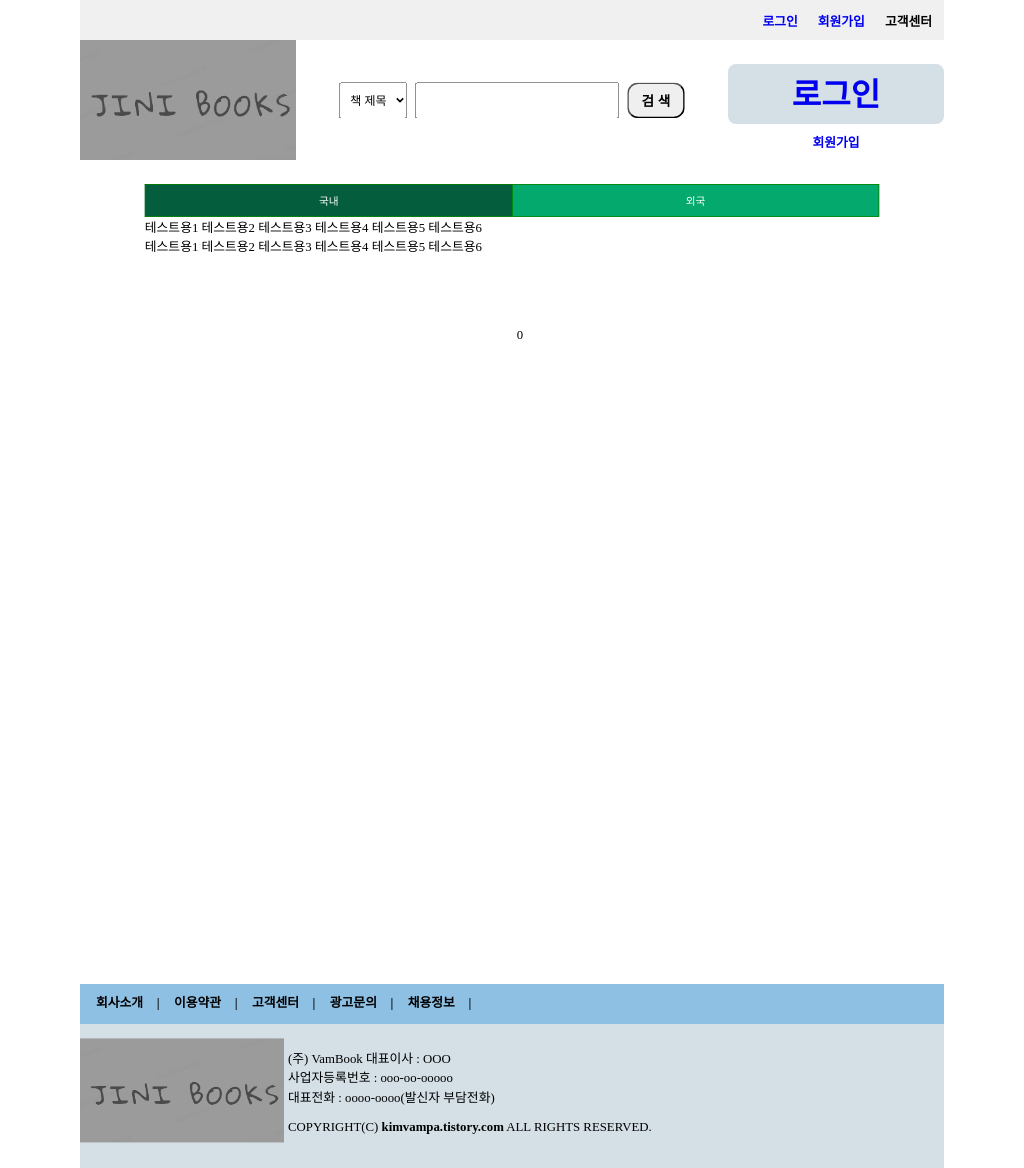
Repository: leechanjin7/ShoppingMall
Page: http://localhost/ShoppingMall/WEB-INF/views/search.jsp
The author's editor kept a copy of each file at every save. The page is drawn from the files as they stood at one save, then again after the next save.
The browser window is 1280 px wide. The pictures show the whole page, at 80% of full size.
The page is served by Tomcat 9. Nobody is signed in. Other server files are loaded and not shown. The template is opened directly, without the code that normally fills it, so the values that code supplies are empty.

Above is the page before, as saved 2023-09-12 02:26:44.

### workspace/ShoppingMall/src/main/webapp/WEB-INF/views/search.jsp
<%@ page language="java" contentType="text/html; charset=UTF-8"
	pageEncoding="UTF-8"%>
<%@ taglib uri="http://java.sun.com/jsp/jstl/core" prefix="c"%>
<%@ taglib prefix="fmt" uri="http://java.sun.com/jsp/jstl/fmt"%>
<!DOCTYPE html>
<html>
<head>
<meta charset="UTF-8">
<title>Welcome BookMall</title>
<link rel="stylesheet" href="resources/css/search.css">
<script src="https://code.jquery.com/jquery-3.4.1.js"
	integrity="sha256-WpOohJOqMqqyKL9FccASB9O0KwACQJpFTUBLTYOVvVU="
	crossorigin="anonymous"></script>
</head>
<body>

	<div class="wrapper">
		<div class="wrap">
			<div class="top_gnb_area">
				<ul class="list">
					<c:if test="${member == null}">
						<!-- 로그인 x -->
						<li><a href="/member/login">로그인</a></li>
						<li><a href="/member/join">회원가입</a></li>
					</c:if>
					<c:if test="${member != null }">
						<!-- 로그인 o -->
						<c:if test="${member.adminCk == 1 }">
							<!-- 관리자 계정 -->
							<li><a href="/admin/main">관리자 페이지</a></li>
						</c:if>
						<li><a id="gnb_logout_button">로그아웃</a></li>
						<li>마이룸</li>
						<li>장바구니</li>
					</c:if>
					<li>고객센터</li>
				</ul>
			</div>
			<div class="top_area">
				<!-- 로고영역 -->
				<div class="logo_area">
					<a href="/main"><img src="resources/img/mLogo.png"></a>
				</div>
				<div class="search_area">
					<div class="search_wrap">
						<form id="searchForm" action="/search" method="get">
							<div class="search_input">
								<select name="type">
									<option value="T">책 제목</option>
									<option value="A">작가</option>
								</select> <input type="text" name="keyword"
									value="<c:out value="${pageMaker.cri.keyword}"/>">
								<button class='btn search_btn'>검 색</button>
							</div>
						</form>
					</div>
				</div>
				<div class="login_area">

					<!-- 로그인 하지 않은 상태 -->
					<c:if test="${member == null }">
						<div class="login_button">
							<a href="/member/login">로그인</a>
						</div>
						<span><a href="/member/join">회원가입</a></span>
					</c:if>

					<!-- 로그인한 상태 -->
					<c:if test="${ member != null }">
						<div class="login_success_area">
							<span>회원 : ${member.memberName}</span> <span>충전금액 : <fmt:formatNumber
									value="${member.money }" pattern="\#,###.##" /></span> <span>포인트
								: <fmt:formatNumber value="${member.point }" pattern="#,###" />
							</span> <a href="/member/logout.do">로그아웃</a>
						</div>
					</c:if>

				</div>
				<div class="clearfix"></div>
			</div>
			<div class="content_area">

				<!-- 게시물 o -->
				<c:if test="${listcheck != 'empty'}">
					<div class="search_filter">
						<div class="filter_button_wrap">
							<button class="filter_button filter_active" id="filter_button_a">국내</button>
							<button class="filter_button" id="filter_button_b">외국</button>
						</div>
						<div class="filter_content filter_a">
							<a>테스트용1</a>
							<a>테스트용2</a>
							<a>테스트용3</a>
							<a>테스트용4</a>
							<a>테스트용5</a>
							<a>테스트용6</a>
						</div>
						<div class="filter_content filter_b">
							<a>테스트용1</a>
							<a>테스트용2</a>
							<a>테스트용3</a>
							<a>테스트용4</a>
							<a>테스트용5</a>
							<a>테스트용6</a>
						</div>
						<form id="filter_form" action="/search" method="get" >
							<input type="hidden" name="keyword">
							<input type="hidden" name="cateCode">
							<input type="hidden" name="type">
						</form>
					</div>
					<div class="list_search_result">
						<table class="type_list">
							<colgroup>
								<col width="110">
								<col width="*">
								<col width="120">
								<col width="120">
								<col width="120">
							</colgroup>
							<tbody id="searchList>">
								<c:forEach items="${list}" var="list">
									<tr>
										<td class="image">
											<div class="image_wrap"
												data-bookid="${list.imageList[0].bookId}"
												data-path="${list.imageList[0].uploadPath}"
												data-uuid="${list.imageList[0].uuid}"
												data-filename="${list.imageList[0].fileName}">
												<img>
											</div>
										</td>
										<td class="detail">
											<div class="category">[${list.cateName}]</div>
											<div class="title">${list.bookName}</div>
											<div class="author">${list.authorName} 지음 |
												${list.publisher} | ${list.publeYear}</div>
										</td>
										<td class="info">
											<div class="rating">평점(추후 추가)</div>
										</td>
										<td class="price">
											<div class="org_price">
												<del>
													<fmt:formatNumber value="${list.bookPrice}"
														pattern="#,### 원" />
												</del>
											</div>
											<div class="sell_price">
												<strong> <fmt:formatNumber
														value="${list.bookPrice * (1-list.bookDiscount)}"
														pattern="#,### 원" />
												</strong>
											</div>
										</td>
										<td class="option"></td>
									</tr>
								</c:forEach>
							</tbody>

						</table>
					</div>

					<!-- 페이지 이동 인터페이스 -->
					<div class="pageMaker_wrap">
						<ul class="pageMaker">

							<!-- 이전 버튼 -->
							<c:if test="${pageMaker.prev }">
								<li class="pageMaker_btn prev"><a
									href="${pageMaker.pageStart -1}">이전</a></li>
							</c:if>

							<!-- 페이지 번호 -->
							<c:forEach begin="${pageMaker.pageStart }"
								end="${pageMaker.pageEnd }" var="num">
								<li
									class="pageMaker_btn ${pageMaker.cri.pageNum == num ? 'active':''}">
									<a href="${num}">${num}</a>
								</li>
							</c:forEach>

							<!-- 다음 버튼 -->
							<c:if test="${pageMaker.next}">
								<li class="pageMaker_btn next"><a
									href="${pageMaker.pageEnd + 1 }">다음</a></li>
							</c:if>
						</ul>
					</div>

					<form id="moveForm" action="/search" method="get">
						<input type="hidden" name="pageNum" value="${pageMaker.cri.pageNum}">
						<input type="hidden" name="amount" value="${pageMaker.cri.amount}">
						<input type="hidden" name="keyword" value="${pageMaker.cri.keyword}">
						<input type="hidden" name="cateCode" value="<c:out value="${pageMaker.cri.cateCode}"/>">
						<input type="hidden" name="type" value="${pageMaker.cri.type}">
					</form>
				</c:if>
				<!-- 게시물 x -->
				<c:if test="${listcheck == 'empty'}">
					<div class="table_empty">검색결과가 없습니다.</div>
				</c:if>

			</div>

			<!-- Footer 영역 -->
			<div class="footer_nav">
				<div class="footer_nav_container">
					<ul>
						<li>회사소개</li>
						<span class="line">|</span>
						<li>이용약관</li>
						<span class="line">|</span>
						<li>고객센터</li>
						<span class="line">|</span>
						<li>광고문의</li>
						<span class="line">|</span>
						<li>채용정보</li>
						<span class="line">|</span>
					</ul>
				</div>
			</div>
			<!-- class="footer_nav" -->

			<div class="footer">
				<div class="footer_container">

					<div class="footer_left">
						<img src="resources/img/Logo.png">
					</div>
					<div class="footer_right">
						(주) VamBook 대표이사 : OOO <br> 사업자등록번호 : ooo-oo-ooooo <br>
						대표전화 : oooo-oooo(발신자 부담전화) <br> <br> COPYRIGHT(C) <strong>kimvampa.tistory.com</strong>
						ALL RIGHTS RESERVED.
					</div>
					<div class="clearfix"></div>
				</div>
			</div>
			<!-- class="footer" -->

		</div>
		<!-- class="wrap" -->
	</div>
	<!-- class="wrapper" -->

	<script>
		/* gnb_area 로그아웃 버튼 작동 */
		$("#gnb_logout_button").click(function() {
			//alert("버튼 작동");
			$.ajax({
				type : "POST",
				url : "/member/logout.do",
				success : function(data) {
					alert("로그아웃 성공");
					document.location.reload();
				}
			}); // ajax
		});

		/* 페이지 이동 버튼 */
		const moveForm = $('#moveForm');

		$(".pageMaker_btn a").on("click", function(e) {

			e.preventDefault();

			moveForm.find("input[name='pageNum']").val($(this).attr("href"));

			moveForm.submit();

		});

		$(document)
				.ready(
						function() {
							// 검색 타입 selected
							const selectedType = '<c:out value="${pageMaker.cri.type}"/>';
							if (selectedType != "") {
								$("select[name='type']").val(selectedType)
										.attr("selected", "selected");
							}

							/* 이미지 삽입 */
							$(".image_wrap").each(function(i, obj){

								const bobj = $(obj);

								if(bobj.data("bookid")){
									const uploadPath = bobj.data("path");
									const uuid = bobj.data("uuid");
									const fileName = bobj.data("filename");

									const fileCallPath = encodeURIComponent(uploadPath + "/s_" + uuid + "_" + fileName);

									$(this).find("img").attr('src', '/display?fileName=' + fileCallPath);

								}else{
									$(this).find("img").attr('src','/resources/img/goodsNoImage.png');
								}

							});

						});
	</script>

</body>
</html>

### workspace/ShoppingMall/src/main/webapp/resources/css/search.css
@charset "UTF-8";

* {
	margin: 0;
	padding: 0;
}

a {
	text-decoration: none;
}
/* 화면 전체 렙 */
.wrapper {
	width: 100%;
}
/* content 랩 */
.wrap {
	width: 1080px;
	margin: auto;
}
/* 홈페이지 기능 네비 */
.top_gnb_area {
	width: 100%;
	height: 50px;
	background-color: #f0f0f1;
	position: relative;
}

.top_gnb_area .list {
	position: absolute;
	top: 0px;
	right: 0;
}

.top_gnb_area .list li {
	list-style: none;
	float: left;
	padding: 13px 15px 0 10px;
	font-weight: 900;
	cursor: pointer;
}
/* 로고, 검색, 로그인 */
.top_area {
	width: 100%;
	height: 150px;
	/* background-color: #f7f0b9; */
}
/* 로고 영역 */
.logo_area {
	width: 25%;
	height: 100%;
	float: left;
}

.logo_area img {
	width: 100%;
	height: 100%;
}
/* 검색 박스 영역 */
.search_area {
	width: 50%;
	height: 100%;
	float: left;
}
/* 로그인 버튼 영역 */
.login_area {
	width: 25%;
	height: 100%;
	display: inline-block;
	text-align: center;
}

.login_button {
	height: 50%;
	background-color: #D4DFE6;
	margin-top: 30px;
	line-height: 77px;
	font-size: 40px;
	font-weight: 900;
	border-radius: 10px;
	cursor: pointer;
}

.login_area>span {
	margin-top: 10px;
	font-weight: 900;
	display: inline-block;
}

.login_button {
	height: 50%;
	background-color: #D4DFE6;
	margin-top: 30px;
}

/* 제품 목록 네비 */
.navi_bar_area {
	width: 100%;
	height: 70px;
	background-color: #7696fd;
}

/* 홈페이지 메인 제품 목록  */
.content_area {
	width: 100%;
	height: 1000px;
}

/* 로그인 성공 영역 */
.login_success_area {
	height: 62%;
	width: 80%;
	border: 2px solid #7474ad;
	border-radius: 15px;
	margin: 5% auto;
	padding-top: 5%;
}

.login_success_area>span {
	display: block;
	text-align: left;
	margin-left: 10%;
}

.login_success_area>a {
	font-size: 15px;
	font-weight: 900;
	display: inline-block;
	margin-top: 5px;
	background: #e1e5e8;
	width: 82px;
	height: 22px;
	line-height: 22px;
	border-radius: 25px;
	color: #606267;
}

.search_wrap {
	width: 100%;
	height: 100%;
}

#searchForm {
	width: 100%;
	height: 100%;
	display: flex;
	justify-content: center;
	align-items: center;
}

.search_input {
	display: flex;
	height: 30%;
	width: 80%;
}

.search_input select {
	width: 20%;
	text-align: center;
	font-size: 15px;
}

.search_input input {
	margin-left: 10px;
	width: 57%;
	font-size: 18px;
	padding-left: 2%;
}

.search_btn {
	margin-left: 10px;
	width: 17%;
	border-radius: 14px;
	font-size: 17px;
	font-weight: 600;
}

/* 검색결과 없음 */
.table_empty {
	height: 50px;
	text-align: center;
	margin: 200px 0 215px 0px;
	font-size: 25px;
}

/* 상품 표 */
.list_search_result {
	width: 90%;
	margin: auto;
}

.type_list {
	width: 100%;
	border-bottom: 1px solid #e7e7e7;
	border-collapse: collapse;
}

.type_list tr {
	height: 200px;
	border-bottom: 1px solid #e7e7e7;
}

.detail div {
	margin-bottom: 5px;
}

.category {
	font-size: 12px;
	font-weight: 600;
}

.title {
	font-size: 20px;
	color: #3a60df;
	font-weight: 700;
}

.author {
	font-size: 14px;
}

.info {
	text-align: center;
}

.price {
	text-align: center;
}

.org_price del {
	font-size: 13px;
}

.sell_price strong {
	color: #da6262;
	font-size: 18px;
}

/* 페이지 버튼 인터페이스 */
.pageMaker_wrap {
	text-align: center;
	margin-top: 30px;
	margin-bottom: 40px;
}

.pageMaker {
	list-style: none;
	display: inline-block;
}

.pageMaker_btn {
	float: left;
	width: 40px;
	height: 40px;
	line-height: 40px;
	margin-left: 20px;
}

.active {
	border: 2px solid black;
	font-weight: 400;
}

.next, .prev {
	border: 1px solid #ccc;
	padding: 0 10px;
}

.pageMaker_btn a:link {
	color: black;
}

.pageMaker_btn a:visited {
	color: black;
}

.pageMaker_btn a:active {
	color: black;
}

.pageMaker_btn a:hover {
	color: black;
}

.next a, .prev a {
	color: #ccc;
}

/* 상품 이미지 관련 */
.image_wrap {
	width: 100%;
	height: 100%;
}

.image_wrap img {
	max-width: 85%;
	height: auto;
	display: block;
}

/* 필터정보 */
.search_filter {
    width: 85%;
    margin: auto;
	margin-top: 30px;
    margin-bottom: 50px;
}
.filter_button_wrap {
    width: 100%;
}

.filter_button_wrap button {
    width: 50%;
}
.filter_button{
	background-color: #04AA6D;
	border: 1px solid green;
	color: white;
	padding: 10px 24px;
	cursor: pointer;
	float: left;
}
.filter_button_wrap:after {
    content: "";
    clear: both;
    display: table;
}
.filter_button_wrap button:not(:last-child) {
    border-right: none;
}

.filter_button:hover {
    background-color: #3e8e41;
}

.filter_active{
	background-color: #045d3c;
}
/* footer navai 영역 */
.footer_nav {
	width: 100%;
	height: 50px;
}

.footer_nav_container {
	width: 100%;
	height: 100%;
	background-color: #8EC0E4;
}

.footer_nav_container>ul {
	font-weight: bold;
	float: left;
	list-style: none;
	position: relative;
	padding-top: 10px;
	line-height: 27px;
	font-family: dotum;
	margin-left: 10px;
}

.footer_nav_container>ul>li {
	display: inline;
	width: 45px;
	height: 19px;
	padding: 10px 9px 0 10px;
}

.footer_nav_container>ul>span {
	margin: 0 4px;
}
/* footer 영역 */
.footer {
	width: 100%;
	height: 130px;
	background-color: #D4DFE6;
	padding-bottom: 50px;
}

.footer_container {
	width: 100%;
	height: 100%;
	margin: auto;
}

.footer_left>img {
	width: 150%;
	height: 130px;
	margin-left: -20px;
	margin-top: -12px;
}

.footer_left {
	float: left;
	width: 170px;
	margin-left: 20px;
	margin-top: 30px;
}

.footer_right {
	float: left;
	width: 680px;
	margin-left: 70px;
	margin-top: 30px;
}

/* float 속성 해제 */
.clearfix {
	clear: both;
}

After the next save:
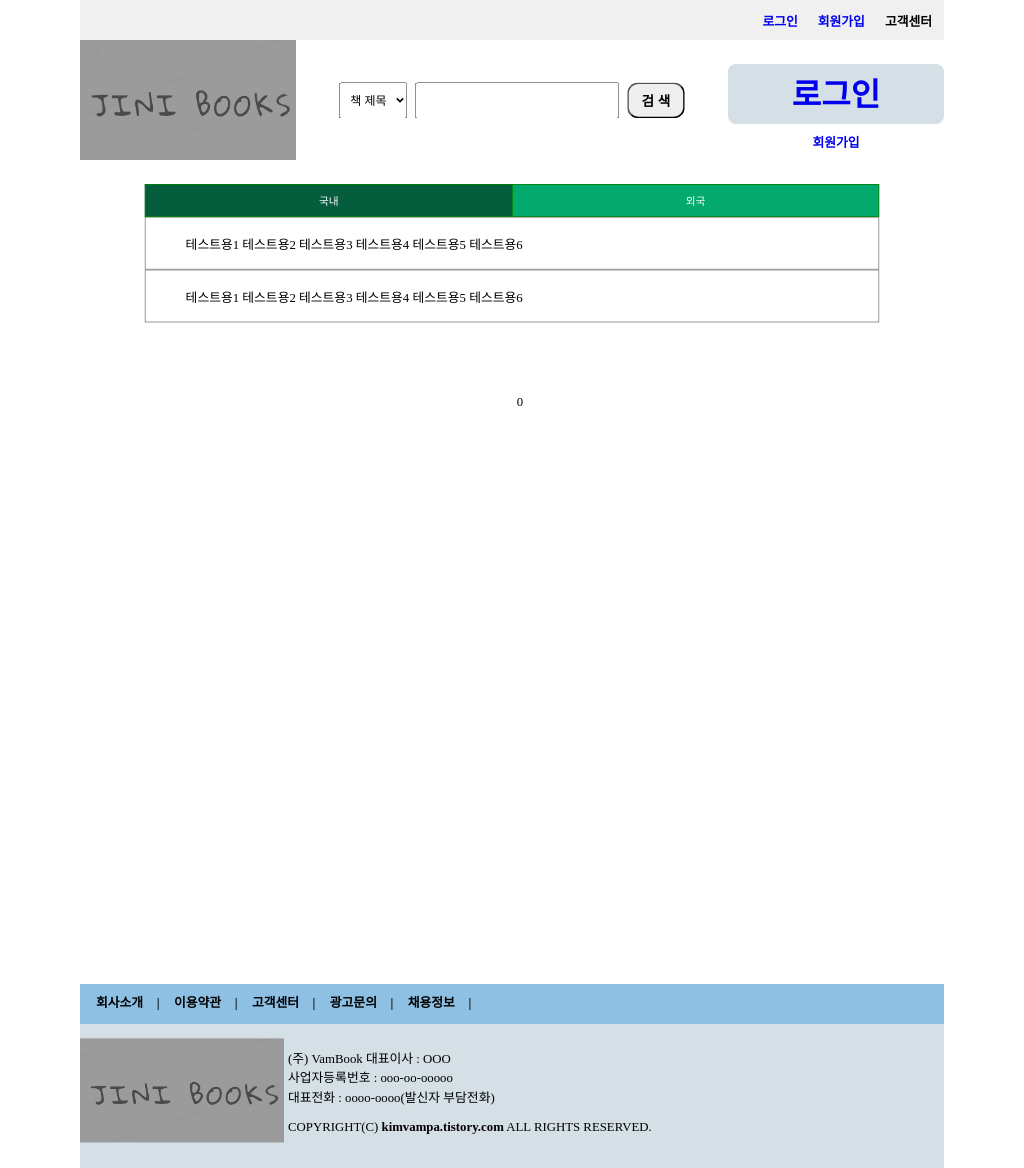
Saved 13 s later.
--- a/workspace/ShoppingMall/src/main/webapp/resources/css/search.css
+++ b/workspace/ShoppingMall/src/main/webapp/resources/css/search.css
@@ -335,6 +335,11 @@ a {
 .filter_active{
 	background-color: #045d3c;
 }
+
+.filter_content{
+	padding:20px 50px 20px 50px;
+	border: 1px solid gray;
+}
 /* footer navai 영역 */
 .footer_nav {
 	width: 100%;
